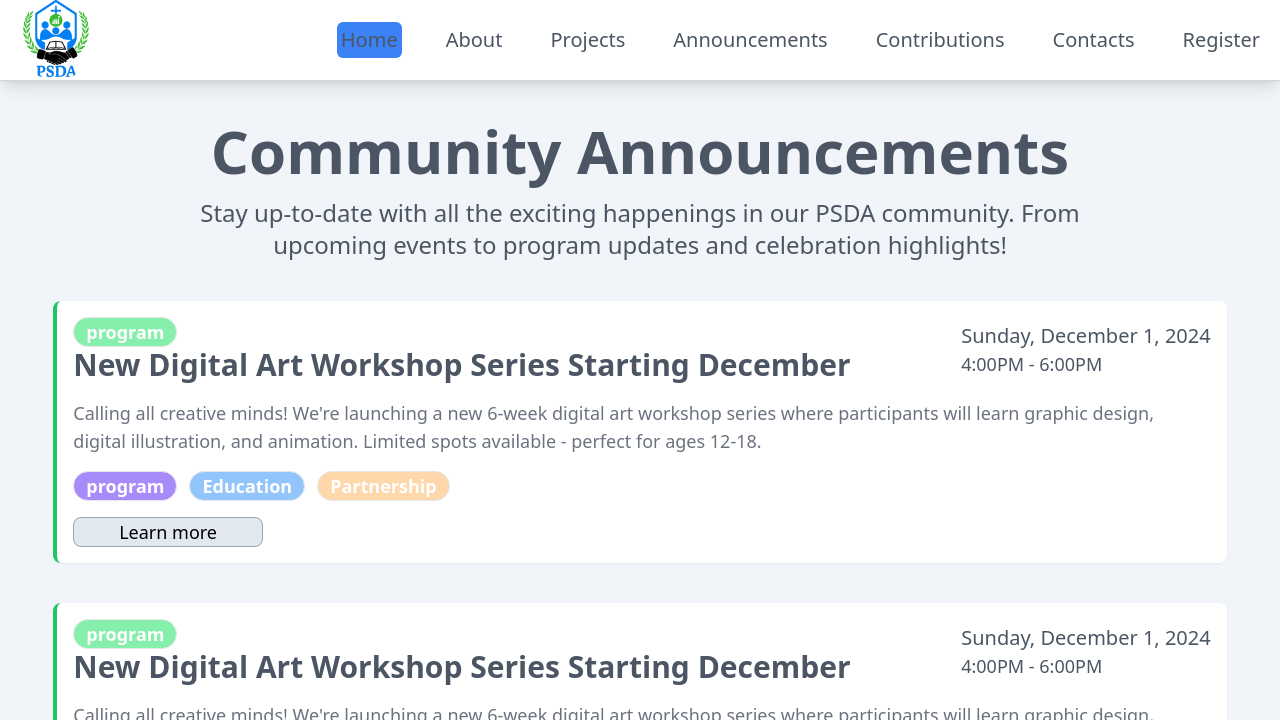
Repository: Zedestar/psda
Page: /announcements
These files come from the project's save history. The page is drawn as it stood at one moment and after the next save; the edit follows.
The browser window is 1280 px wide. The pictures show the whole page.
An inner scrolling area shows only its first screen. The project was rebuilt for these pictures with package versions that can differ from the ones it lists, and the page was loaded fresh each time. Also part of the build but not shown: src/components/cards/primary-card.jsx, src/components/cards/two-lines-card.jsx, src/components/homepic/index.jsx, src/pages/home/what-we-do.js, src/pages/home/home.jsx, src/components/cards/leaders-card.jsx, src/components/cards/secondary-card.jsx, src/pages/about/about-us-data.js and 13 more.

Above is the page before, as saved 2025-07-21 20:08:25.

After the next save:
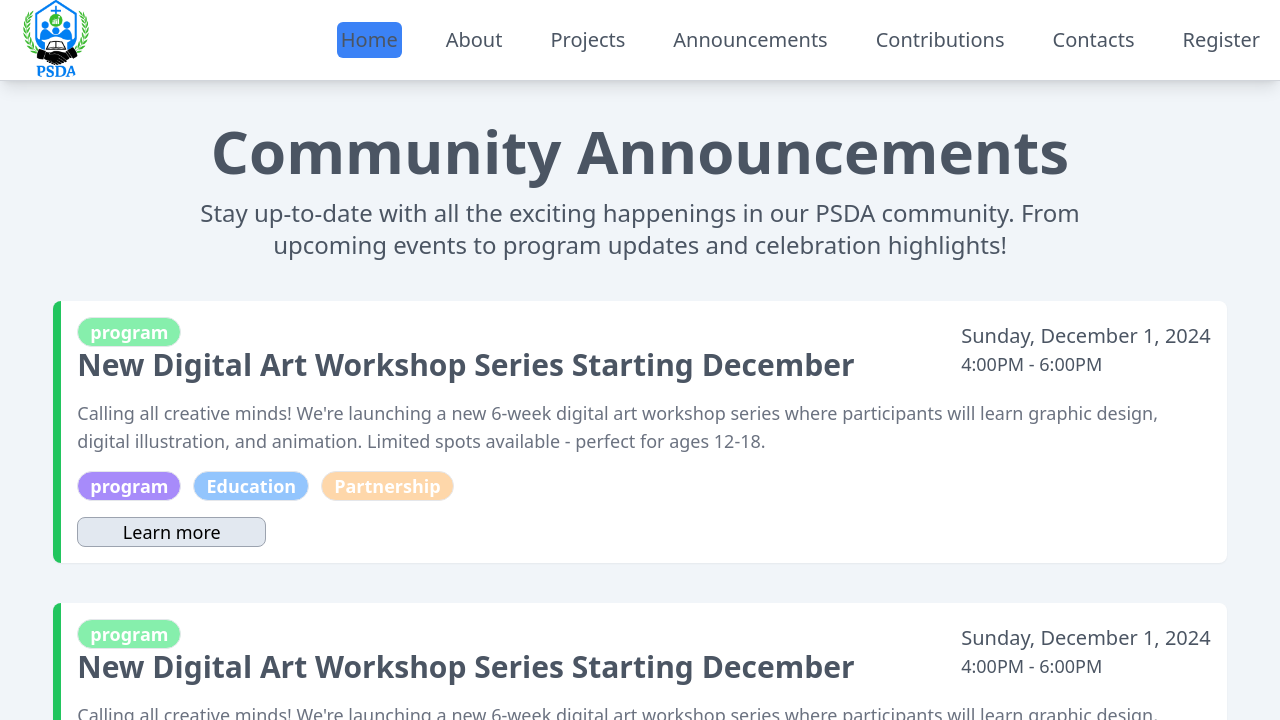
Saved 38 s later.
--- a/src/components/cards/announcement-card.jsx
+++ b/src/components/cards/announcement-card.jsx
@@ -3,7 +3,7 @@
   const colors = ["rose", "green", "blue", "orange", "violent"];
 
   return (
-    <div className="flex flex-col bg-white border-l-4 border-green-500 mx-4 p-4 rounded-lg shadow-sm hover:shadow-lg hover:scale-105 transition w-11/12 space-y-4">
+    <div className="flex flex-col bg-white border-l-8 border-green-500 mx-4 p-4 rounded-lg shadow-sm hover:shadow-lg hover:scale-105 transition w-11/12 space-y-4">
       <div className="flex items-center justify-between space-x-2  ">
         <div>
           <p className="bg-green-300 text-lg font-semibold border border-gray-200 px-3 w-fit flex items-center justify-center rounded-full text-white">

After the save that followed:
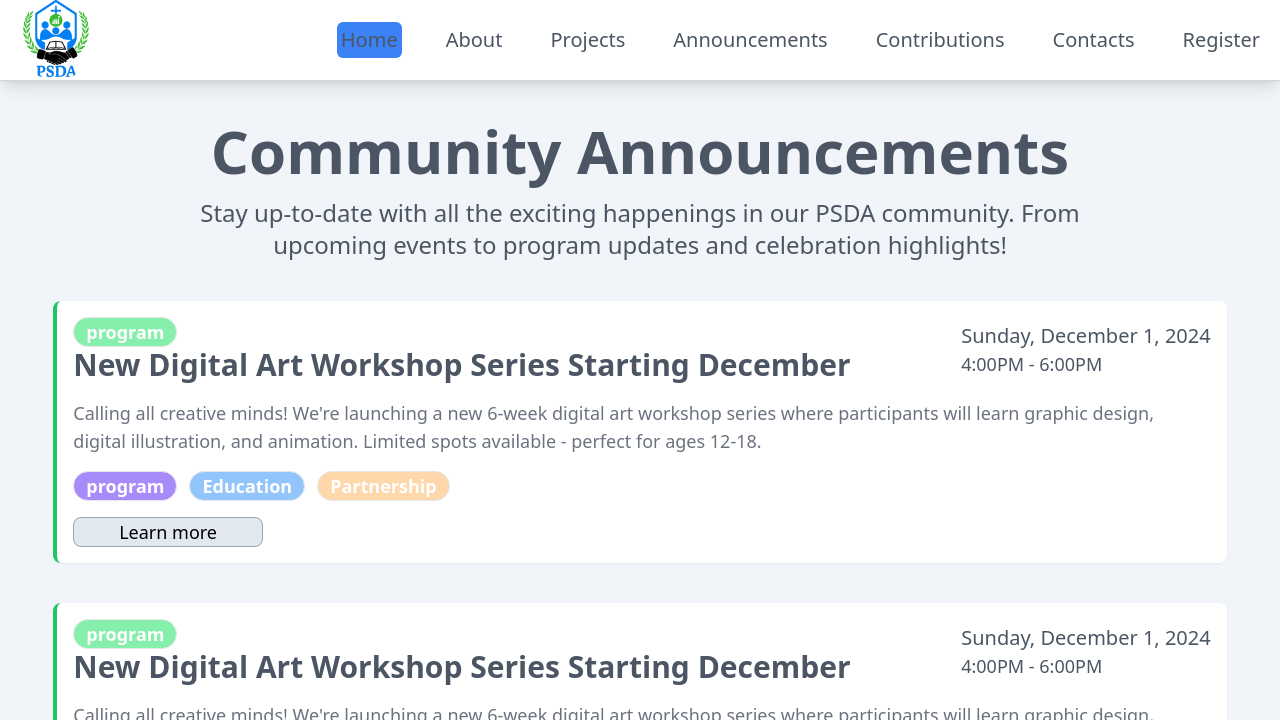
Saved 6 s later.
--- a/src/components/cards/announcement-card.jsx
+++ b/src/components/cards/announcement-card.jsx
@@ -3,7 +3,7 @@
   const colors = ["rose", "green", "blue", "orange", "violent"];
 
   return (
-    <div className="flex flex-col bg-white border-l-8 border-green-500 mx-4 p-4 rounded-lg shadow-sm hover:shadow-lg hover:scale-105 transition w-11/12 space-y-4">
+    <div className="flex flex-col bg-white border-l-4 border-green-500 mx-4 p-4 rounded-lg shadow-sm hover:shadow-lg hover:scale-105 transition w-11/12 space-y-4">
       <div className="flex items-center justify-between space-x-2  ">
         <div>
           <p className="bg-green-300 text-lg font-semibold border border-gray-200 px-3 w-fit flex items-center justify-center rounded-full text-white">
